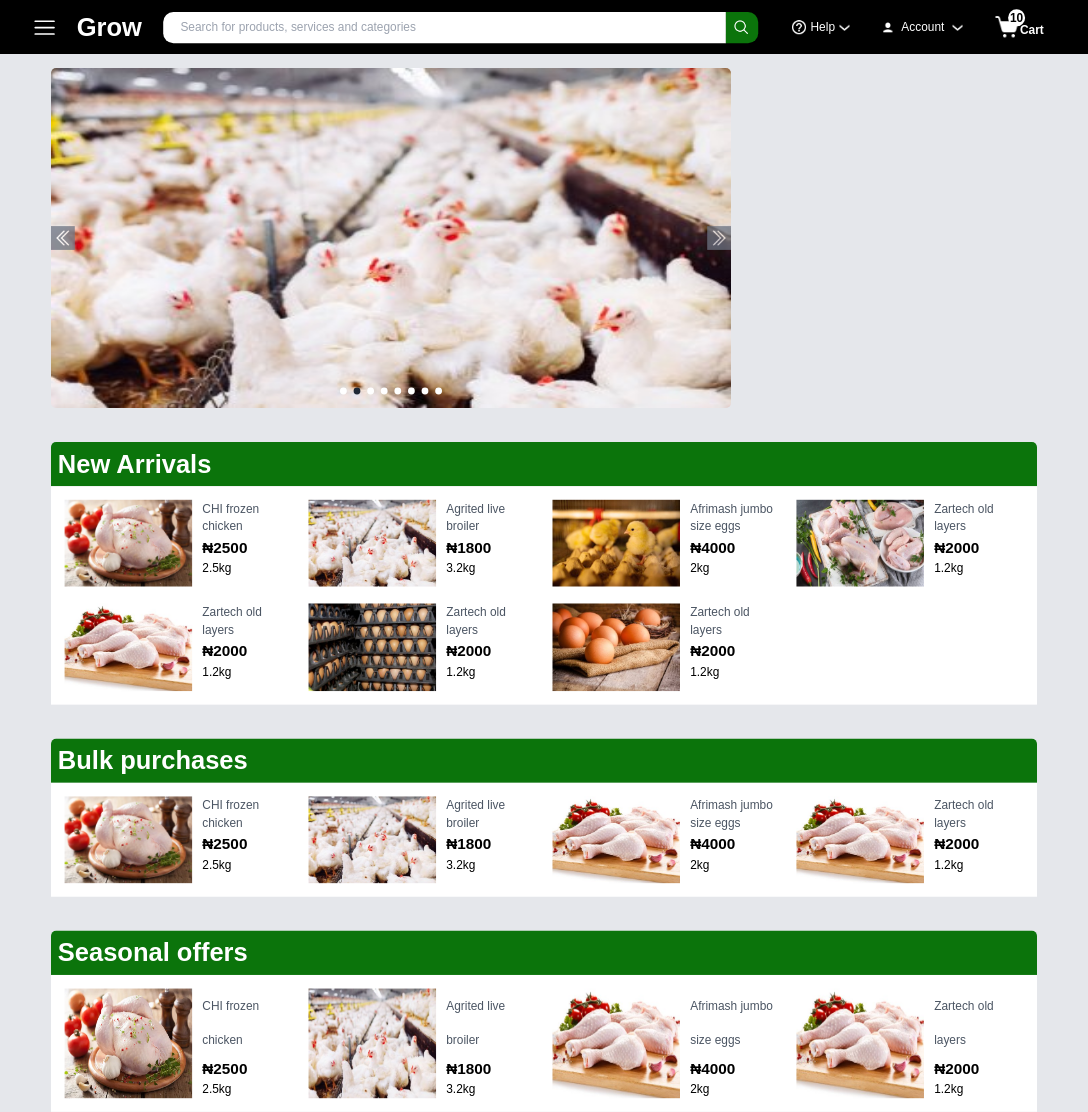
Repository: IssaMuiz/ifarmstock
Page: /
An editor plug-in stored every save of this project. The page is shown before and after the next save, followed by the edit.
The browser window is 1280 px wide. The pictures show the whole page, at 85% of full size.
The project was rebuilt for these pictures with package versions that can differ from the ones it lists, and the page was loaded fresh each time. The framework's server and built-in components were replaced by stand-ins that run in the browser. Also part of the build but not shown: next.config.mjs.

Above is the page before, as saved 2024-08-31 06:01:19.

### app/layout.tsx
import "@/styles/globals.css";

export const metadata = {
  title: "Grow",
  description: "Livestock farming e-commerce application",
};

export default function RootLayout({
  children,
}: {
  children: React.ReactNode;
}) {
  return (
    <html lang="en">
      <body className="bg-gray-200 h-screen w-auto mx-10">
        <section>{children}</section>
      </body>
    </html>
  );
}

### app/page.tsx
"use client";

import ProductSlider from "@/components/productSlider";
import ClientLayout from "@/components/clientLayout";
import NewArrivalsCards from "@/components/newArrivalsCards";
import BulkPurchasesCards from "@/components/bulkPurchasesCards";
import SeasonalCards from "@/components/seasonalCards";

const Home = () => {
  return (
    <ClientLayout>
      <div className="pt-20 mx-5">
        <div>
          <ProductSlider />

          <div className="bgColor text w-full h-auto mt-10 text-3xl p-2 rounded-t-md font-semibold">
            New Arrivals
          </div>
          <NewArrivalsCards />
          <div className="bgColor text w-full h-auto mt-10 text-3xl p-2 rounded-t-md font-semibold">
            Bulk purchases
          </div>
          <BulkPurchasesCards />
          <div className="bgColor text w-full h-auto mt-10 text-3xl p-2 rounded-t-md font-semibold">
            Seasonal offers
          </div>
          <SeasonalCards />
        </div>
      </div>
    </ClientLayout>
  );
};

export default Home;

### styles/globals.css
@tailwind base;
@tailwind components;
@tailwind utilities;

.scrollbar {
  scrollbar-width: thin;
  scrollbar-color: gray #313131;
}

.bgColor {
  background-color: rgb(11, 116, 11);
}

.text {
  color: white;
}

body {
  font-family: Arial, Helvetica, sans-serif;
  font-size: 14px;
}

### components/productSlider.tsx
"use client";
import Image from "next/image";
import { useEffect, useState } from "react";

const ProductSlider = () => {
  const images = [
    "/assets/images/poultry-image1-slider.jpg",
    "/assets/images/poultry-image2-slider.jpg",
    "/assets/images/poultry-image3-slider.jpg",
    "/assets/images/poultry-image4-slider.jpg",
    "/assets/images/poultry-image5-slider.jpg",
    "/assets/images/poultry-image6-slider.jpg",
    "/assets/images/poultry-image7-slider.jpg",
    "/assets/images/catfish-image1-slider.jpg",
  ];

  const [index, setIndex] = useState(0);

  const handleSliceNext = () => {
    setIndex((index + 1) % images.length);
  };
  const handleSlicePrev = () => {
    setIndex((index - 1) % images.length);
  };

  const handleIndicatorClick = (i: number) => {
    setIndex(i);
  };

  useEffect(() => {
    const intervalId = setInterval(() => {
      handleSliceNext();
    }, 5000);
    return () => clearInterval(intervalId);
  }, [index]);
  return (
    <div className="relative w-[800px] overflow-hidden">
      <div
        className="flex transition-transform duration-500 ease-in-out"
        style={{ transform: `translateX(-${index * 100}%)` }}
      >
        {images.map((image, i) => (
          <div key={i} className="min-w-full">
            <Image
              className="h-[400px] rounded-md"
              src={image}
              alt={`Slide ${i + 1}`}
              width={800}
              height={200}
            />
          </div>
        ))}
      </div>
      <button
        type="button"
        onClick={handleSlicePrev}
        className="absolute left-0 top-1/2 tranform -translate-y-1/2 bg-gray-500 text-white px-1 py-1 opacity-75 hover:opacity-100 transition-opacity"
      >
        <Image
          className=""
          src="/assets/icons/arrow-left.png"
          alt="arrow-right-icon"
          width={20}
          height={20}
        />
      </button>
      <button
        type="button"
        onClick={handleSliceNext}
        className="absolute right-0 top-1/2 tranform -translate-y-1/2 bg-gray-500 text-white px-1 py-1 opacity-75 hover:opacity-100 transition-opacity"
      >
        <Image
          className=""
          src="/assets/icons/right-arrow.png"
          alt="arrow-right-icon"
          width={20}
          height={20}
        />
      </button>
      <div className="absolute bottom-4 left-0 right-0 flex justify-center space-x-2">
        {images.map((_, i) => (
          <button
            key={i}
            onClick={() => handleIndicatorClick(i)}
            className={`w-2 h-2 rounded-full ${
              index === i ? "bg-gray-800" : "bg-white"
            }`}
          />
        ))}
      </div>
    </div>
  );
};

export default ProductSlider;

### components/clientLayout.tsx
"use client";
import Navbar from "@/components/navbar";
import Sidenav from "@/components/sidenav";
import { useState, createContext } from "react";

export const SidebarContext = createContext({
  isOpen: false,
  toggleSidebar: () => {},
});

const ClientLayout = ({ children }: { children: React.ReactNode }) => {
  const [isOpen, setIsOpen] = useState(false);

  const toggleSidebar = () => {
    setIsOpen((prev) => !prev);
  };
  return (
    <SidebarContext.Provider value={{ isOpen, toggleSidebar }}>
      <Navbar />
      <Sidenav />
      <div
        className={`fixed inset-0 bg-black transition-opacity duration-300 ease-in-out z-10 ${
          isOpen
            ? "opacity-70 pointer-events-auto"
            : "opacity-0 pointer-events-none"
        }`}
        onClick={toggleSidebar}
      ></div>
      <section
        className={`relative z-0 transition-all duration-300 ease-in-out `}
      >
        {children}
      </section>
    </SidebarContext.Provider>
  );
};

export default ClientLayout;

### components/newArrivalsCards.tsx
import Image from "next/image";
import newArrivalsCards from "../models/newArrivalsCards.json";
const NewArrivalsCards = () => {
  return (
    <div className="bg-white h-auto p-4">
      <div className="grid grid-cols-4 gap-5">
        {newArrivalsCards.map((product, index) => (
          <div key={index} className="flex gap-3">
            <Image src={product.image} alt="poultry" width={150} height={150} />
            <div className="text-md">
              <p content="" className="text-gray-600">
                {product.name}
              </p>
              <p className="font-semibold text-lg">&#8358;{product.Price}</p>
              <p>{product.weight}</p>
            </div>
          </div>
        ))}
      </div>
    </div>
  );
};

export default NewArrivalsCards;

### components/bulkPurchasesCards.tsx
import Image from "next/image";
import bulkPurchasesCards from "@/models/bulkPurchasesCards.json";
const BulkPurchasesCard = () => {
  return (
    <div className="bg-white h-auto p-4">
      <div className="grid grid-cols-4 gap-5">
        {bulkPurchasesCards.map((product, index) => (
          <div key={index} className="flex gap-3">
            <Image src={product.image} alt="poultry" width={150} height={150} />
            <div className="text-md">
              <p content="" className="text-gray-600">
                {product.name}
              </p>
              <p className="font-semibold text-lg">&#8358;{product.Price}</p>
              <p>{product.weight}</p>
            </div>
          </div>
        ))}
      </div>
    </div>
  );
};

export default BulkPurchasesCard;

### components/seasonalCards.tsx
import Image from "next/image";
import seasonalCards from "@/models/seasonalCards.json";
const SeasonalCards = () => {
  return (
    <div className="bg-white h-auto p-4">
      <div className="grid grid-cols-4 gap-5">
        {seasonalCards.map((product, index) => (
          <div key={index} className="flex gap-3">
            <Image src={product.image} alt="poultry" width={150} height={150} />
            <div className="text-md">
              <p content="" className="text-gray-600 leading-10">
                {product.name}
              </p>
              <p className="font-semibold text-lg">&#8358;{product.Price}</p>
              <p>{product.weight}</p>
            </div>
          </div>
        ))}
      </div>
    </div>
  );
};

export default SeasonalCards;

### components/navbar.tsx
"use client";
import Image from "next/image";
import { useContext } from "react";
import { SidebarContext } from "./clientLayout";
const Navbar = () => {
  const { toggleSidebar } = useContext(SidebarContext);
  return (
    <nav className="fixed bg-black text w-full h-16 flex items-center justify-between top-0 left-0 right-0 px-10 z-10">
      <button onClick={toggleSidebar}>
        <svg
          className="fill-white hover:fill-[green] cursor-pointer"
          xmlns="http://www.w3.org/2000/svg"
          viewBox="0 0 50 50"
          width="25px"
          height="25px"
        >
          <path d="M 3 8 A 2.0002 2.0002 0 1 0 3 12 L 47 12 A 2.0002 2.0002 0 1 0 47 8 L 3 8 z M 3 23 A 2.0002 2.0002 0 1 0 3 27 L 47 27 A 2.0002 2.0002 0 1 0 47 23 L 3 23 z M 3 38 A 2.0002 2.0002 0 1 0 3 42 L 47 42 A 2.0002 2.0002 0 1 0 47 38 L 3 38 z" />
        </svg>
      </button>
      <div className="Leftnav text text-3xl font-semibold cursor-pointer ml-5">
        Grow
      </div>
      <div className="Middlenav flex flex-1 mx-5 max-w-[700px] items-center">
        <input
          className=" px-5 py-2 w-full rounded-l-xl text-black outline-none"
          type="text"
          placeholder="Search for products, services and categories"
        />
        <div className="h-[37px] w-10 bgColor pt-2 pl-2 rounded-r-xl cursor-pointer">
          <Image
            className=""
            src="/assets/icons/search.png"
            alt="search-icon"
            width={20}
            height={20}
          />
        </div>
      </div>
      <div className="Rightnav flex items-center justify-between gap-3">
        <div className="flex items-center gap-1 cursor-pointer rounded-md p-3 hover:bg-[green]">
          <Image
            src="/assets/icons/help.png"
            alt="help-icon"
            width={20}
            height={20}
          />
          <p className="">Help</p>
          <Image
            src="/assets/icons/arrow-down.png"
            alt="help-icon"
            width={15}
            height={15}
          />
        </div>
        <div className="flex items-center gap-2  cursor-pointer rounded-md p-3 hover:bg-[green]">
          <Image
            src="/assets/icons/account.png"
            alt="help-icon"
            width={15}
            height={15}
          />
          <p>Account</p>
          <Image
            src="/assets/icons/arrow-down.png"
            alt="help-icon"
            width={15}
            height={15}
          />
        </div>
        <div className="flex relative cursor-pointer p-3 hover:bg-[green] rounded-md">
          <Image
            src="/assets/icons/cart.png"
            alt="cart-icon"
            width={30}
            height={20}
          />
          <p className="bg-white h-5 w-5 rounded-full text-black absolute left-7 bottom-7 text-center font-semibold">
            10
          </p>
          <p className="font-semibold mt-2 ">Cart</p>
        </div>
      </div>
    </nav>
  );
};

export default Navbar;

### components/sidenav.tsx
"use client";
import Image from "next/image";
import Link from "next/link";
import { useState } from "react";
import { useContext } from "react";
import { SidebarContext } from "./clientLayout";
const Sidenav = () => {
  const [categories, setCategories] = useState([
    {
      id: "1",
      name: "Broiler",
      expanded: false,
      arrowIcon: "/assets/icons/arrow-icon--right.png",
      dropdownlink: [
        { name: "Day Old Chicks", link: "/" },
        { name: "Matured Broilers", link: "/" },
        { name: "Frozen Chicken", link: "/" },
      ],
    },
    {
      id: "2",
      name: "Layers",
      expanded: false,
      arrowIcon: "/assets/icons/arrow-icon--right.png",
      dropdownlink: [
        { name: "Pullet", link: "/" },
        { name: "Point Of Lay", link: "/" },
        { name: "Old Layers", link: "/" },
      ],
    },
    {
      id: "3",
      name: "Catfish",
      expanded: false,

      arrowIcon: "/assets/icons/arrow-icon--right.png",
      dropdownlink: [
        { name: "Fingerlings/Juvenile", link: "/" },
        { name: "Matured Catfish", link: "/" },
        { name: "Smoked Catfish", link: "/" },
      ],
    },
    {
      id: "4",
      name: "Poultry-Eggs",
      expanded: false,

      arrowIcon: "/assets/icons/arrow-icon--right.png",
      dropdownlink: [
        { name: "Jumbo-size", link: "/" },
        { name: "Small-size", link: "/" },
        { name: "packaged-eggs", link: "/" },
      ],
    },
  ]);

  const handleDropdown = (id: string) => {
    setCategories((prev) =>
      prev.map((category) =>
        category.id === id
          ? { ...category, expanded: !category.expanded }
          : category
      )
    );
  };

  const { isOpen } = useContext(SidebarContext);
  return (
    <nav
      className={`fixed overflow-x-hidden scrollbar h-screen overflow-scroll z-20 left-0 top-0 bottom-0 w-[300px] transform transition-transform duration-300  bg-gray-100 ${
        isOpen ? "translate-x-0" : "-translate-x-full"
      }`}
    >
      <div className="bgColor h-14 flex items-center text text-2xl pl-5 font-semibold gap-3">
        <Image
          src="/assets/icons/account.png"
          alt="profile-icon"
          height={25}
          width={25}
        />
        <p>Hello User</p>
      </div>
      <div className=" ">
        {categories.map((category) => (
          <div onClick={() => handleDropdown(category.id)} key={category.id}>
            <div className="text-lg flex justify-between items-center font-semibold hover:bg-gray-300 mt-5 p-2 cursor-pointer">
              <div>{category.name}</div>

              <Image
                className={`${
                  category.expanded &&
                  "rotate-90 duration-300 transition-transform"
                } h-4 w-4`}
                src={category.arrowIcon}
                alt="arrow-icon"
                width={3}
                height={3}
              />
            </div>

            <div>
              {category.expanded && (
                <div>
                  {category.dropdownlink.map((dropdown, index) => (
                    <div className="hover:bg-gray-300" key={index}>
                      <Link href={dropdown.link}>
                        <div className="p-3 text-md ">{dropdown.name}</div>
                      </Link>
                    </div>
                  ))}
                </div>
              )}
            </div>
          </div>
        ))}
      </div>
    </nav>
  );
};

export default Sidenav;

### models/newArrivalsCards.json
[
  {
    "image": "/assets/images/poultry-image1-slider.jpg",
    "name": "CHI frozen chicken",
    "Price": "2500",
    "weight": "2.5kg"
  },
  {
    "image": "/assets/images/poultry-image2-slider.jpg",
    "name": "Agrited live broiler",
    "Price": "1800",
    "weight": "3.2kg"
  },
  {
    "image": "/assets/images/poultry-image3-slider.jpg",
    "name": "Afrimash jumbo size eggs",
    "Price": "4000",
    "weight": "2kg"
  },
  {
    "image": "/assets/images/poultry-image4-slider.jpg",
    "name": "Zartech old layers",
    "Price": "2000",
    "weight": "1.2kg"
  },
  {
    "image": "/assets/images/poultry-image5-slider.jpg",
    "name": "Zartech old layers",
    "Price": "2000",
    "weight": "1.2kg"
  },
  {
    "image": "/assets/images/poultry-image7-slider.jpg",
    "name": "Zartech old layers",
    "Price": "2000",
    "weight": "1.2kg"
  },
  {
    "image": "/assets/images/poultry-image6-slider.jpg",
    "name": "Zartech old layers",
    "Price": "2000",
    "weight": "1.2kg"
  }
]

### models/bulkPurchasesCards.json
[
  {
    "image": "/assets/images/poultry-image1-slider.jpg",
    "name": "CHI frozen chicken",
    "Price": "2500",
    "weight": "2.5kg"
  },
  {
    "image": "/assets/images/poultry-image2-slider.jpg",
    "name": "Agrited live broiler",
    "Price": "1800",
    "weight": "3.2kg"
  },
  {
    "image": "/assets/images/poultry-image5-slider.jpg",
    "name": "Afrimash jumbo size eggs",
    "Price": "4000",
    "weight": "2kg"
  },
  {
    "image": "/assets/images/poultry-image5-slider.jpg",
    "name": "Zartech old layers",
    "Price": "2000",
    "weight": "1.2kg"
  }
]

### models/seasonalCards.json
[
  {
    "image": "/assets/images/poultry-image1-slider.jpg",
    "name": "CHI frozen chicken",
    "Price": "2500",
    "weight": "2.5kg"
  },
  {
    "image": "/assets/images/poultry-image2-slider.jpg",
    "name": "Agrited live broiler",
    "Price": "1800",
    "weight": "3.2kg"
  },
  {
    "image": "/assets/images/poultry-image5-slider.jpg",
    "name": "Afrimash jumbo size eggs",
    "Price": "4000",
    "weight": "2kg"
  },
  {
    "image": "/assets/images/poultry-image5-slider.jpg",
    "name": "Zartech old layers",
    "Price": "2000",
    "weight": "1.2kg"
  }
]

Loaded but not shown: tailwind.config.ts (common file)

After the next save:
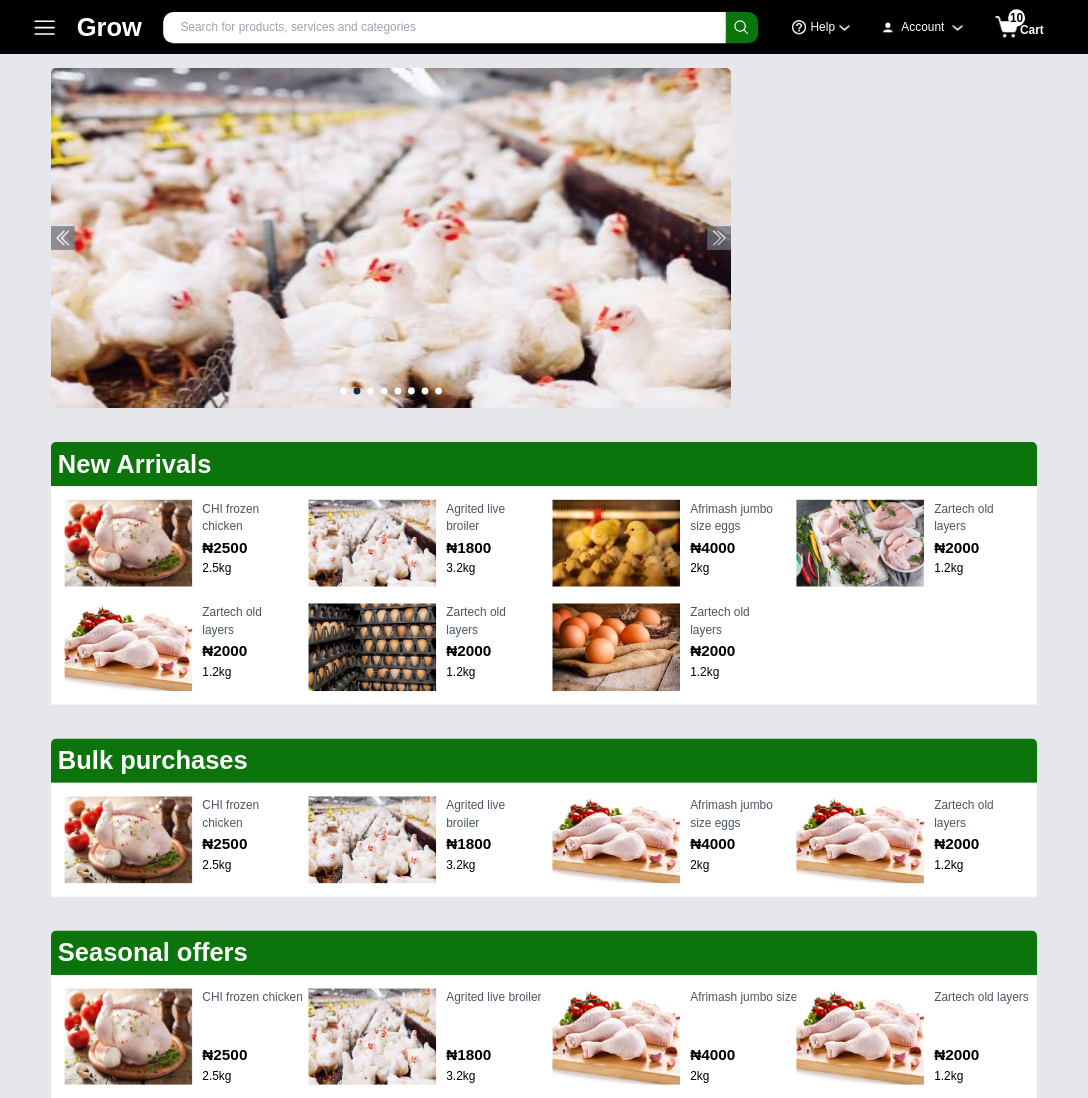
Saved 2 min 40 s later.
--- a/components/seasonalCards.tsx
+++ b/components/seasonalCards.tsx
@@ -8,7 +8,7 @@ const SeasonalCards = () => {
           <div key={index} className="flex gap-3">
             <Image src={product.image} alt="poultry" width={150} height={150} />
             <div className="text-md">
-              <p content="" className="text-gray-600 leading-10">
+              <p content="" className="text-gray-600 h-16 truncate">
                 {product.name}
               </p>
               <p className="font-semibold text-lg">&#8358;{product.Price}</p>
